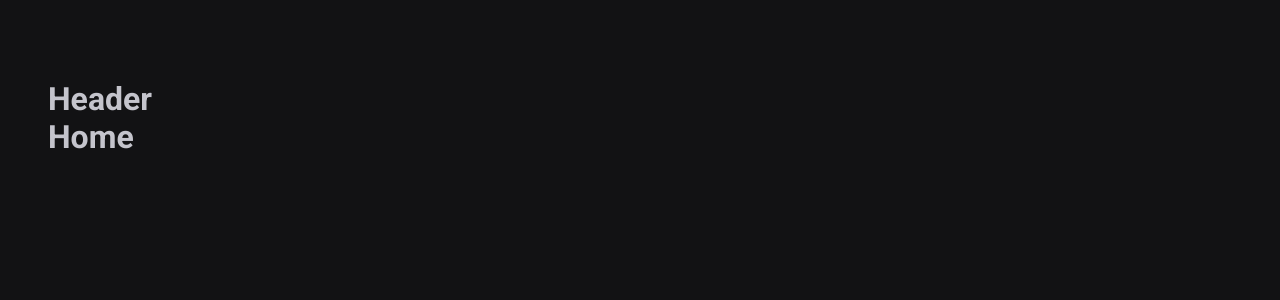
Repository: viniimartins/TimerROCKETSEAT
Page: /
The author's editor kept a copy of each file at every save. The page is drawn from the files as they stood at one save, then again after a run of saves.
The browser window is 1280 px wide. The pictures show the whole page.
The project was rebuilt for these pictures with package versions that can differ from the ones it lists, and the page was loaded fresh each time. Also part of the build but not shown: vite.config.ts, src/pages/History.tsx.

Above is the page before, as saved 2023-05-12 14:11:58.

### index.html
<!DOCTYPE html>
<html lang="en">
  <head>
    <meta charset="UTF-8" />

    <link rel="preconnect" href="https://fonts.googleapis.com" />
    <link rel="preconnect" href="https://fonts.gstatic.com" crossorigin />

    <link rel="icon" type="image/svg+xml" href="/vite.svg" />
    <meta name="viewport" content="width=device-width, initial-scale=1.0" />

    <link
      href="https://fonts.googleapis.com/css2?family=Inter:wght@400;700&family=Roboto+Mono:wght@700&family=Roboto:wght@400;700&display=swap"
      rel="stylesheet"
    />

    <title>Ignite Timer</title>
  </head>
  <body>
    <div id="root"></div>
    <script type="module" src="/src/main.tsx"></script>
  </body>
</html>

### src/App.tsx
import { ThemeProvider } from "styled-components";
import { BrowserRouter } from "react-router-dom";
import { Router } from "./Router";

import { defaultTheme } from "./styles/themes/default";
import { GlobalStyle } from "./styles/global";

function App() {
  return (
    <ThemeProvider theme={defaultTheme}>
      <BrowserRouter>
        <Router />
      </BrowserRouter>
      <GlobalStyle />
    </ThemeProvider>
  );
}

export default App;

### src/Router.tsx
import { Routes, Route } from "react-router-dom";
import { Home } from "./pages/Home";
import { History } from "./pages/History";
import { DefaultLayout } from "./layouts/DefaultLayout/index";

export function Router() {
  return (
    <Routes>
      <Route path="/" element={<DefaultLayout />}>
        <Route path="/" element={<Home />} />
        <Route path="/history" element={<History />} />
      </Route>
    </Routes>
  );
}

### src/styles/global.ts
import { createGlobalStyle } from "styled-components";

export const GlobalStyle = createGlobalStyle`
    * {
        margin: 0;
        padding: 0;
        box-sizing: border-box;
    }

    :focus {
        outline: 0;
        box-shadow: 0 0 0 2x ${(props) => props.theme["green-500"]};
    }


    body {
        background-color: ${(props) => props.theme["gray-900"]};
        color: ${(props) => props.theme["gray-300"]};
    }


    body, input-security, textarea, button {
        font-family: 'Roboto', sans-serif;
        font-weight: 400;
        font-size: 1rem;
    }
`;

### src/layouts/DefaultLayout/styles.ts
import styled from "styled-components";


export const LayoutContainer = styled.div`
    max-width: 74rem;
    height: calc(100vh - 10rem);
    margin: 5rem auto;
`

Loaded but not shown: src/main.tsx (common file); src/styles/themes/default.ts (common file); src/pages/Home.tsx (common file); src/layouts/DefaultLayout/index.tsx (common file); src/components/Header.tsx (common file)

After the next 3 saves:
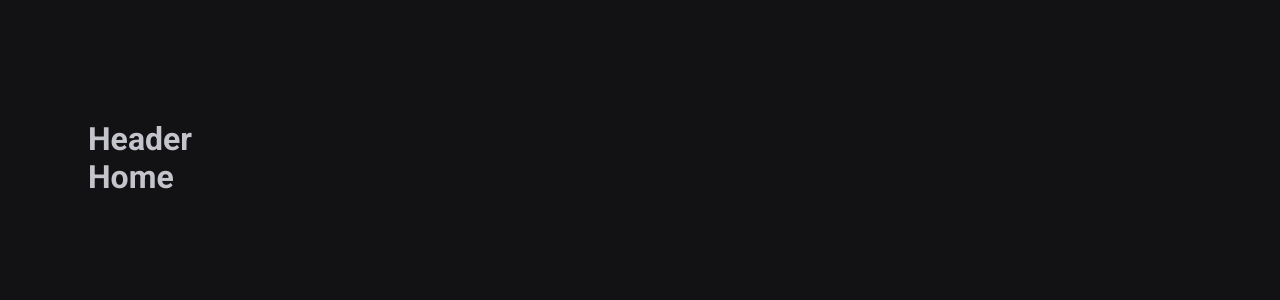
The 3 saves are shown as one change because they came seconds apart.
The last was saved 3 min 44 s later.
--- a/src/layouts/DefaultLayout/styles.ts
+++ b/src/layouts/DefaultLayout/styles.ts
@@ -1,8 +1,8 @@
 import styled from "styled-components";
 
-
 export const LayoutContainer = styled.div`
-    max-width: 74rem;
-    height: calc(100vh - 10rem);
-    margin: 5rem auto;
-`
+  max-width: 74rem;
+  height: calc(100vh - 10rem);
+  margin: 5rem auto;
+  padding: 2.5rem;
+`;
